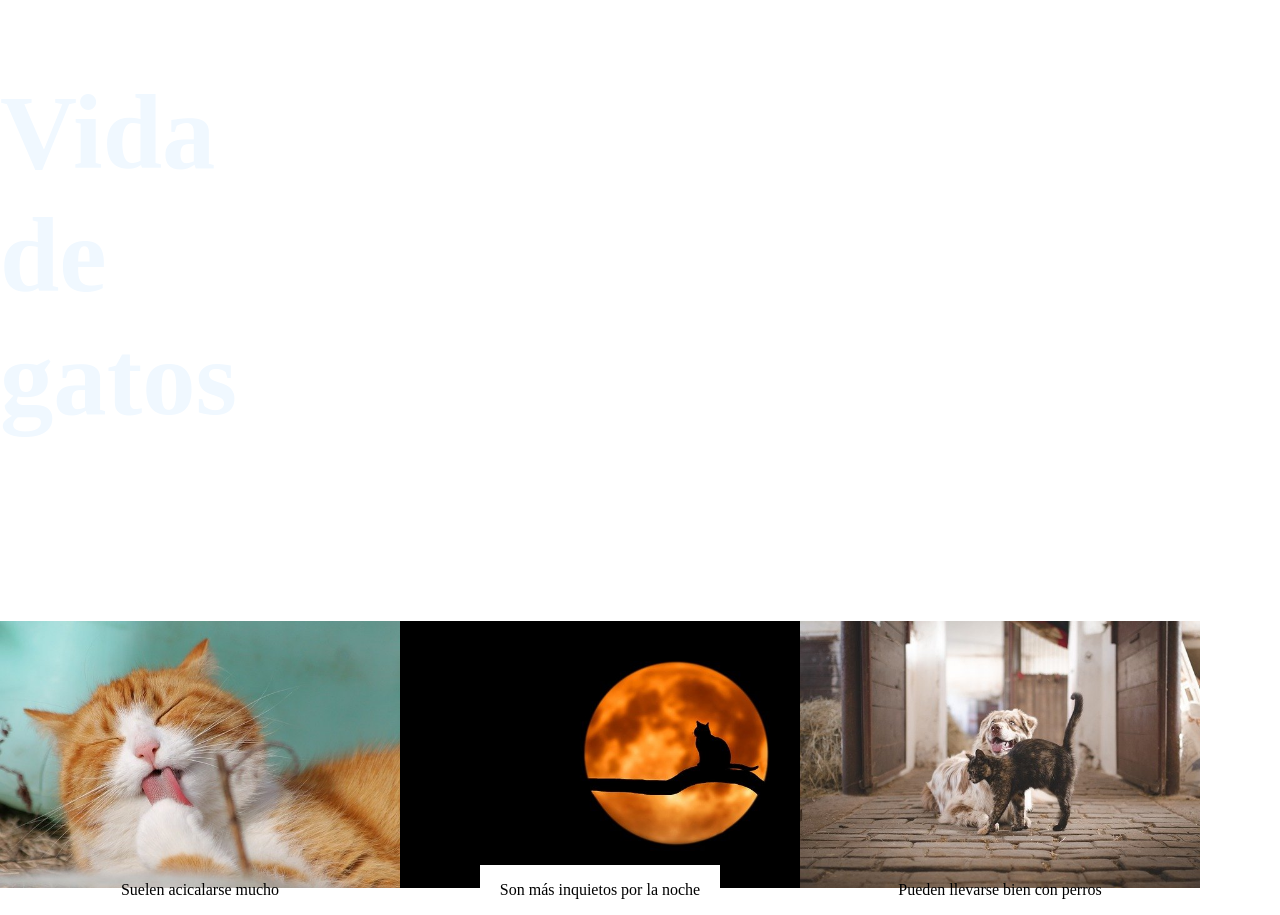
Repository: ScoggoDev/DesarrolloWeb
Page: tarea en equipo 1/tep3/vidadegatos/index.html
The author's editor kept a copy of each file at every save. The page is drawn from the files as they stood at one save, then again after the next save.
The browser window is 1280 px wide. The pictures show the whole page.

Above is the page before, as saved 2021-07-14 20:53:58.

### tarea en equipo 1/tep3/vidadegatos/index.html
<!DOCTYPE html>
<html lang="en">
<head>
    <meta charset="UTF-8">
    <meta http-equiv="X-UA-Compatible" content="IE=edge">
    <meta name="viewport" content="width=device-width, initial-scale=1.0">
    <title>Vida de gatos</title>
    <link rel="stylesheet" href="css/estilos.css">

</head>
<body>
    <div class="encabezado">
        <h1 class="titulo">Vida de gatos</h1>
    </div>
    <div class="medio">
        <div class="contenedor-img">
            <img class = "foto" src="images/medio1.jpg" alt="">
            <div class="text-block">

                <p>Suelen acicalarse mucho</p>
              </div>
        </div>

        <div class="contenedor-img">
            <img class = "foto" src="images/medio3.jpg" alt="">
            <div class="text-block-different text-block">

                <p>Son más inquietos por la noche</p>
              </div>

        </div>
        <div class="contenedor-img">
            <img class = "foto" src="images/medio2.jpg" alt="">
            <div class="text-block">

                <p>Pueden llevarse bien con perros</p>
              </div>
        </div>



    </div>

</body>
</html>

### tarea en equipo 1/tep3/vidadegatos/css/estilos.css

.encabezado{
    height: 500px;
    width: 100px;
    background-position: center center;
    background-repeat: no-repeat;
    background-attachment: fixed;
    background-size: cover;
}
body{
    margin: 0px;
}
.titulo{
    text-align: center;
    color: aliceblue;
    font-size: 80pt;
    /*completar*/
}

.foto{
    max-width:400px;
}

.medio{
    display: block;
    padding-top: 50px;
    display: flex;

}

.contenedor-img{
    position: relative;
    display: inline-block;

}

.text-block {
    position: absolute;
    z-index: 999;
    margin: 0 auto;
    left: 0;
    right: 0;
    top: 90%; /* Adjust this value to move the positioned div up and down */
    text-align: center;
    width: 60%;
}
.text-block-different{
    background-color:white;
    color:black;
}

After the next save:
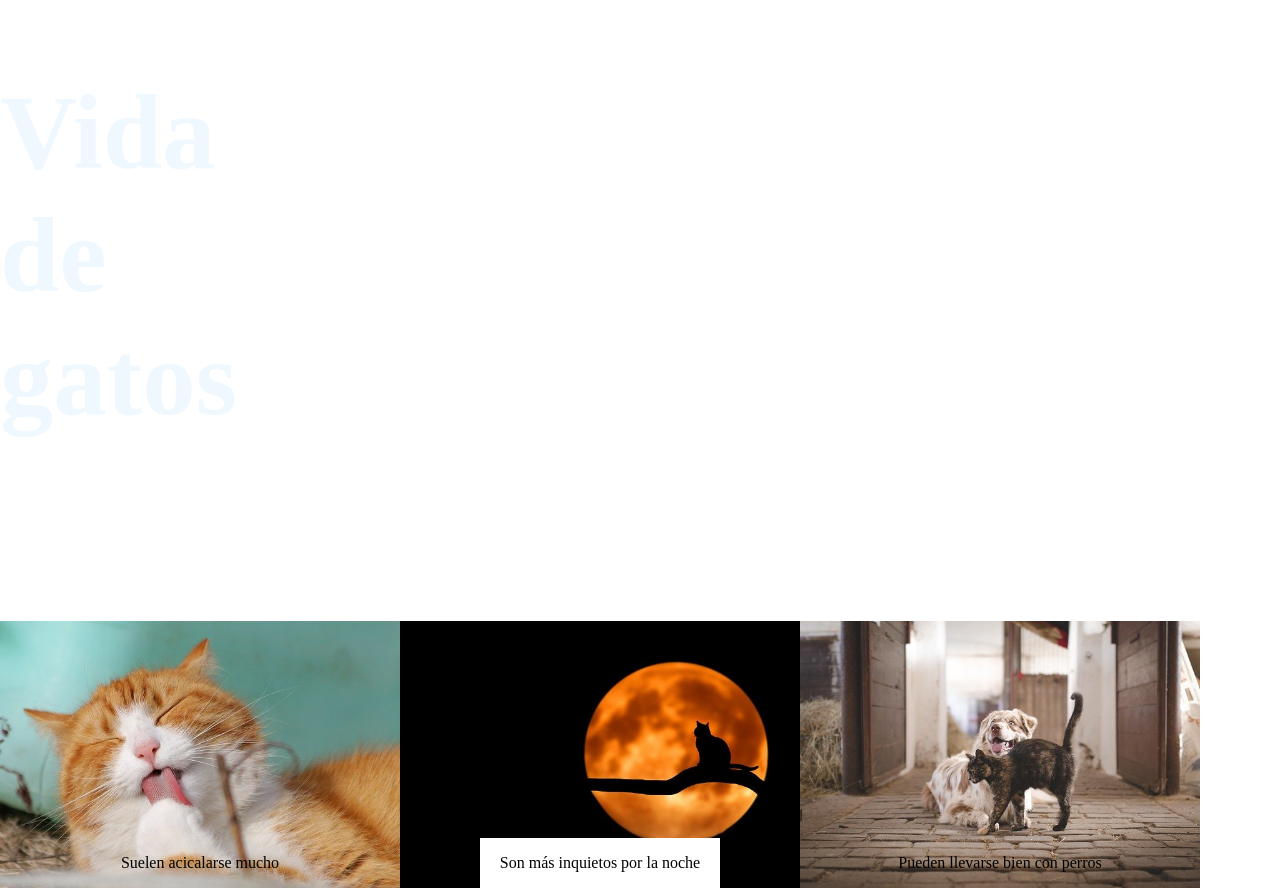
Saved 4 s later.
--- a/tarea en equipo 1/tep3/vidadegatos/css/estilos.css
+++ b/tarea en equipo 1/tep3/vidadegatos/css/estilos.css
@@ -40,7 +40,7 @@ body{
     margin: 0 auto;
     left: 0;
     right: 0;
-    top: 90%; /* Adjust this value to move the positioned div up and down */
+    top: 80%; /* Adjust this value to move the positioned div up and down */
     text-align: center;
     width: 60%;
 }
